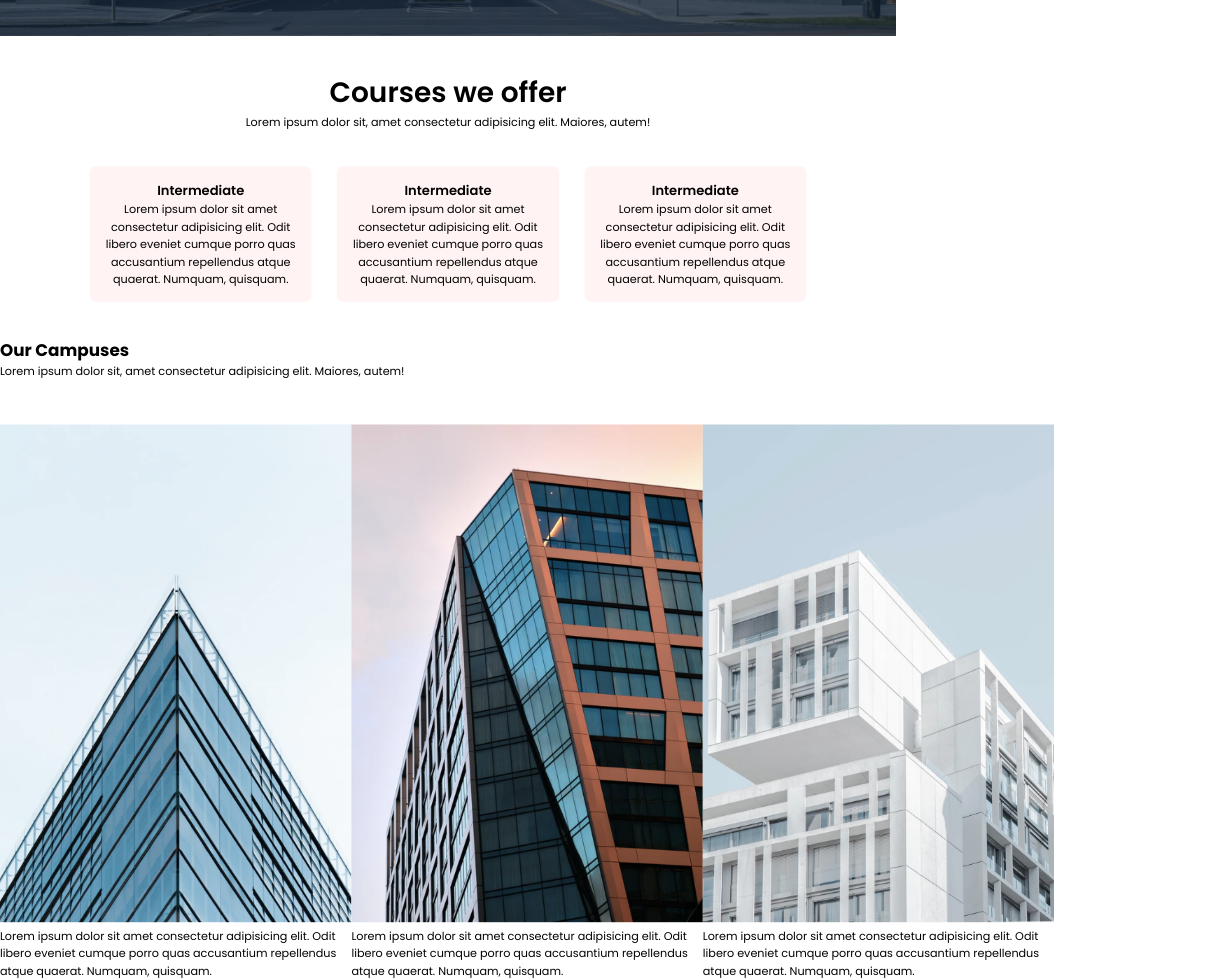
Repository: yashrajverma/Practise
Page: index.html
These files come from the project's save history. The page is drawn as it stood at one moment and after a run of saves; the edit follows.
The browser window is 1280 px wide. The page is 1506 px wide, then 1736 px, so the pictures cover 1736 px, including what lies to the right of the window. The pictures show the part of the page from y = 668 to 2068 px (the page is 2068 px tall before and 1996 px after), at 70% of full size.

Above is the page before, as saved 2021-04-27 12:22:29.

After the next 2 saves:
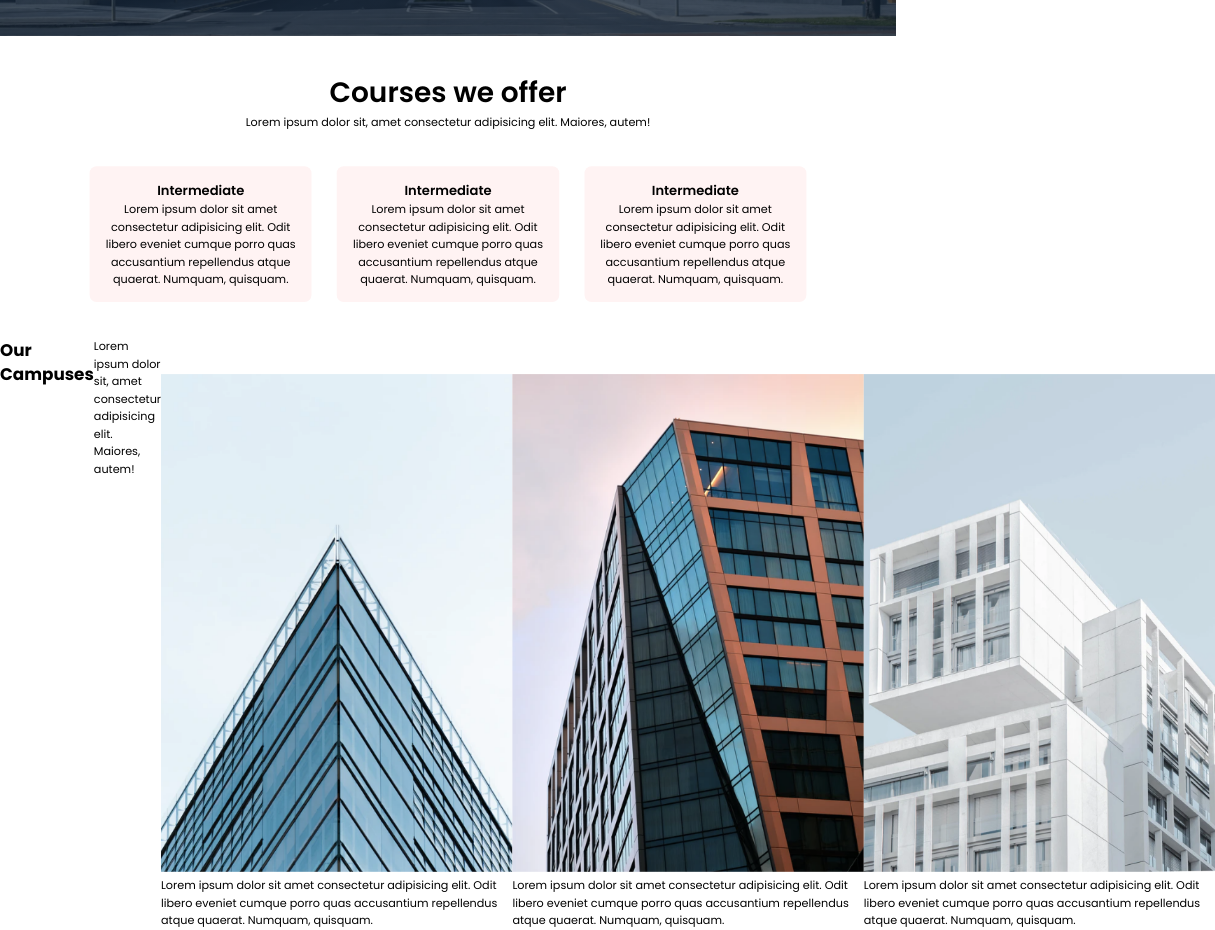
The 2 saves are shown as one change because they came seconds apart.
The last was saved 32 s later.
--- a/style.css
+++ b/style.css
@@ -151,3 +151,13 @@
         flex-direction: column;
     }
 }
+
+
+/* ----------------- capmus ----------------------- */
+
+
+.campus{
+    width: 80%;
+    display: flex;
+    justify-content: space-between;
+}
